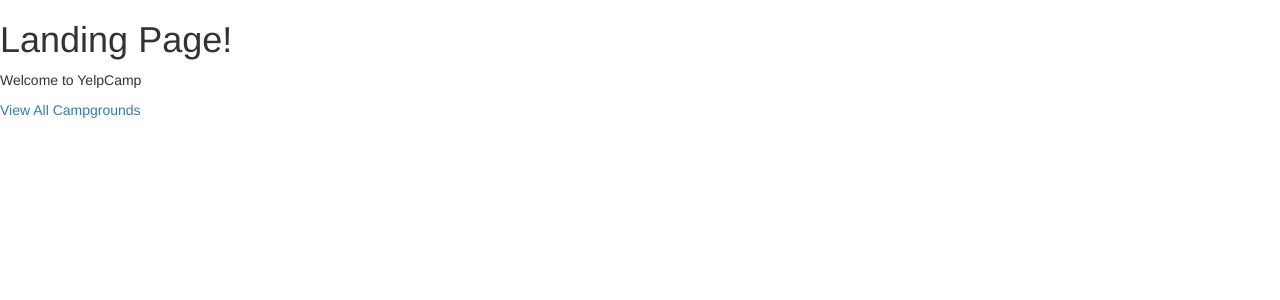
Repository: jersanmd/Learn-Node-JS
Page: http://localhost/
The author's editor kept a record of every edit. The page is drawn from the files as they stood at one moment, then again after the next edit.
The browser window is 1280 px wide. The pictures show the whole page.
The page is served by the project's Node server (yelpcamp/app.js).

Above is the page before.

After the next edit:
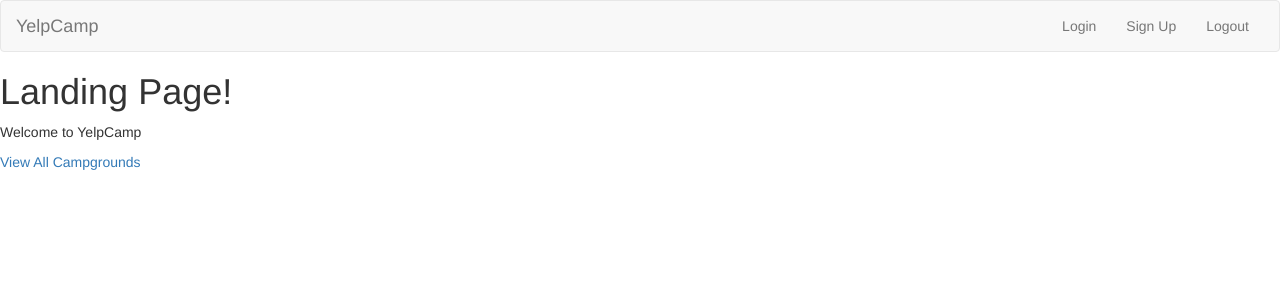
The edit:
--- a/yelpcamp/views/partials/header.ejs
+++ b/yelpcamp/views/partials/header.ejs
@@ -5,3 +5,19 @@
         <title>YelpCamp</title>
     </head>
     <body>
+
+    <nav class="navbar navbar-default">
+        <div class="container-fluid">
+            <div class="navbar-header">
+                <a class="navbar-brand" href="/">YelpCamp</a>
+            </div>
+
+            <div class="collapse navbar-collapse">
+                <ul class="nav navbar-nav navbar-right">
+                    <li><a href="/">Login</a></li>
+                    <li><a href="/">Sign Up</a></li>
+                    <li><a href="/">Logout</a></li>
+                </ul>
+            </div>
+        </div>
+    </nav>
